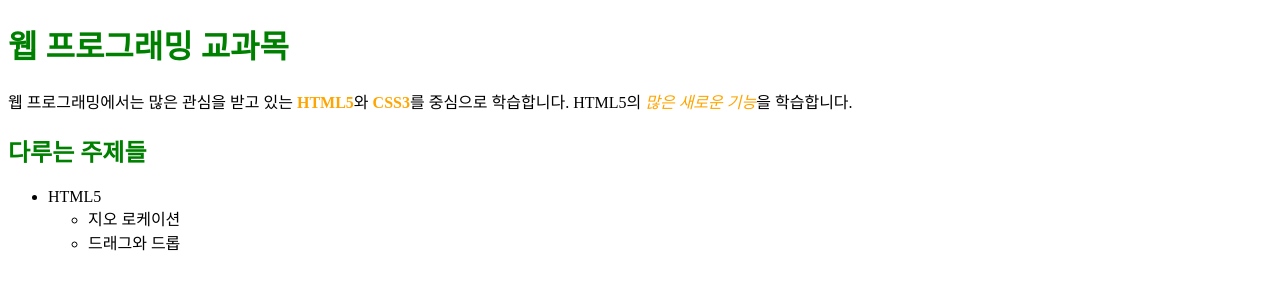
Repository: daehyeonhong/HTML
Page: exercise/WebContent/exercise0519/exercise013.html
An editor plug-in stored every save of this project. The page is shown before and after the next save, followed by the edit.
The browser window is 1280 px wide. The pictures show the whole page.
Some web fonts or font styles are not loaded; a fallback is used.

Above is the page before, as saved 2020-05-19 11:28:53.

### exercise/WebContent/exercise0519/exercise013.html
<!DOCTYPE html>
<html>

<head>
	<meta charset="UTF-8">
	<title>Insert title here</title>
	<link rel="stylesheet" type="text/css" href="./css/exercise013.css">
</head>

<body>
	<h1 class="head">웹 프로그래밍 교과목</h1>

	<p>
		웹 프로그래밍에서는 많은 관심을 받고 있는 <strong id="paragraph">HTML5</strong>와 <strong id="paragraph">CSS3</strong>를 중심으로 학습합니다.
		HTML5의 <em id="paragraph">많은
			새로운 기능</em>을 학습합니다.
	</p>

	<h2 class="head">다루는 주제들</h2>
	<ul>
		<li>HTML5
			<ul>
				<li id="list">지오 로케이션</li>
				<li id="list">드래그와 드롭</li>
			</ul>
		</li>
	</ul>
</body>

</html>

### exercise/WebContent/exercise0519/css/exercise013.css
@charset "UTF-8";

@font-face {
	font-family: 'KCC-eunyoung';
	src:
		url('https://cdn.jsdelivr.net/gh/projectnoonnu/noonfonts_one@1.0/KCC-eunyoung-Regular.woff')
		format('woff');
	font-weight: normal;
	font-style: normal;
}



.head {
	font-family: kcc-eunyoung;
	color: green;
}
#paragraph{
	font-family: 'humangulrim';
	color: orange;
}

After the next save:
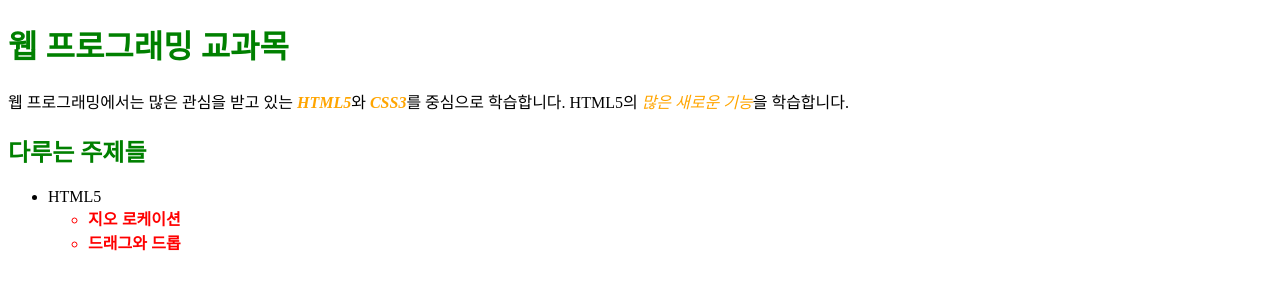
Saved 2 min 28 s later.
--- a/exercise/WebContent/exercise0519/css/exercise013.css
+++ b/exercise/WebContent/exercise0519/css/exercise013.css
@@ -9,13 +9,24 @@
 	font-style: normal;
 }
 
-
-
 .head {
-	font-family: kcc-eunyoung;
+	font-family: "kcc-eunyoung";
 	color: green;
 }
-#paragraph{
-	font-family: 'humangulrim';
+
+#paragraph {
+	font-family: 'Times New Roman', Times, serif;
+	font-style: italic;
 	color: orange;
 }
+
+#list{
+	font-family: sans-serif;
+	font-weight: bold;
+	color: red;
+
+}
+*{
+	font-family: serif;
+	color: black;
+}
